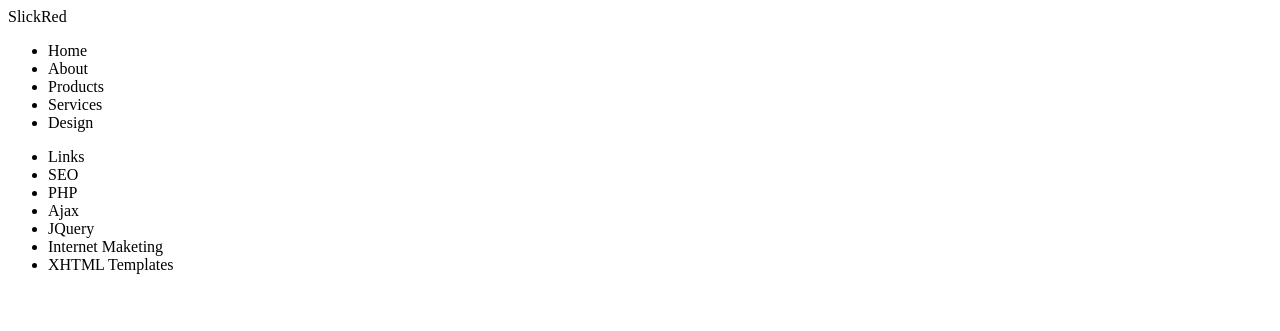
Repository: NgocTruong0701/Self_Learning
Page: html/practice/Baitapweb/Bai4.1.4.html
The author's editor kept a copy of each file at every save. The page is drawn from the files as they stood at one save, then again after the next save.
The browser window is 1280 px wide. The pictures show the whole page.

Above is the page before, as saved 2021-10-05 23:28:35.

### html/practice/Baitapweb/Bai4.1.4.html
<!DOCTYPE html>
<html>
<head>
    <meta charset="UTF-8">
    <meta name="author" content="Lê Ngọc Trường">
    <title>Bài 4 Phiếu 1 Bài 1</title>
    <link rel="stylesheet" type="text/css" href="./Bai4.1.4.css">
</head>
<body>
    <div id="container">
        <header>
            <div class="banner"><span class="first">Slick</span>Red</div>
            <div class="content-menu">
                <ul class="menu">
                    <li>Home</li>
                    <li>About</li>
                    <li>Products</li>
                    <li>Services</li>
                    <li>Design</li>
                </ul>
            </div>
        </header>

        <div class="body">
            <div class="slidebar-left">
                <ul class="slidebar">
                    <li>Links</li>
                    <li>SEO</li>
                    <li>PHP</li>
                    <li>Ajax</li>
                    <li>JQuery</li>
                    <li>Internet Maketing</li>
                    <li>XHTML Templates</li>
                </ul>
            </div>


        </div>
    </div>
</body>
</html>

Loaded but not shown: html/practice/Baitapweb/Bai4.1.4.css (no stored copy; drawn as an empty file)

After the next save:
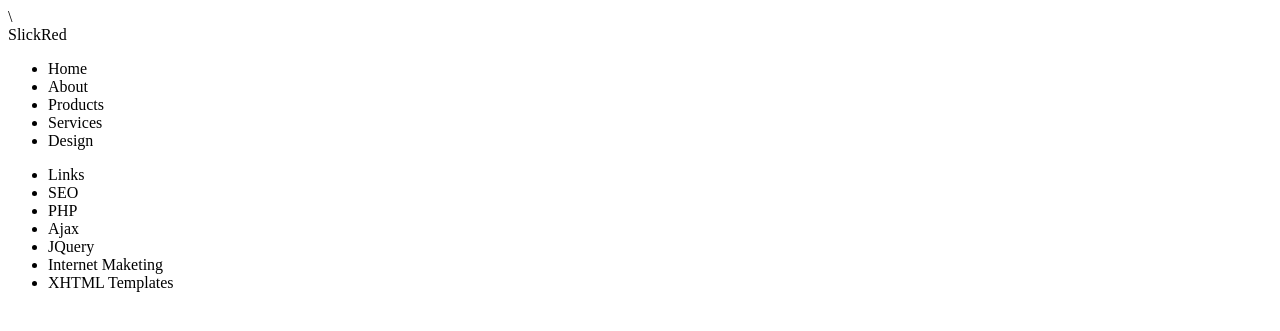
Saved 8 s later.
--- a/html/practice/Baitapweb/Bai4.1.4.html
+++ b/html/practice/Baitapweb/Bai4.1.4.html
@@ -7,7 +7,7 @@
     <link rel="stylesheet" type="text/css" href="./Bai4.1.4.css">
 </head>
 <body>
-    <div id="container">
+    <div id="container">\
         <header>
             <div class="banner"><span class="first">Slick</span>Red</div>
             <div class="content-menu">

After the 2 saves that followed:
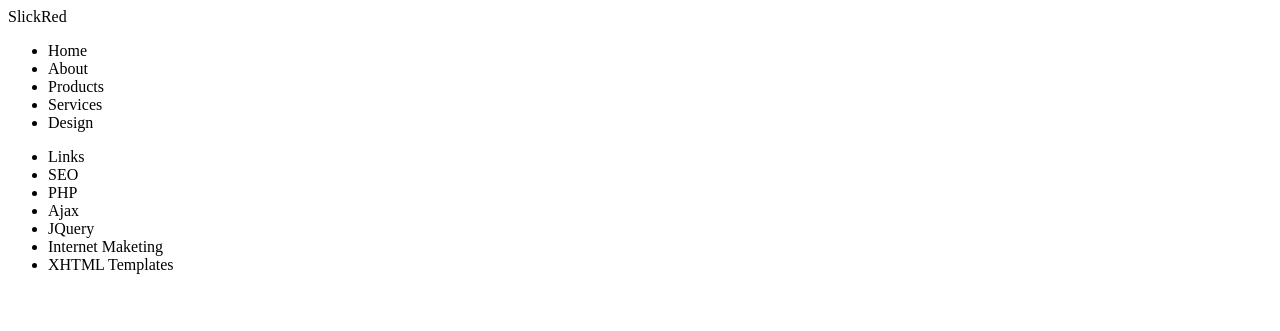
The 2 saves are shown as one change because they came seconds apart.
The last was saved 7 s later.
--- a/html/practice/Baitapweb/Bai4.1.4.html
+++ b/html/practice/Baitapweb/Bai4.1.4.html
@@ -7,7 +7,8 @@
     <link rel="stylesheet" type="text/css" href="./Bai4.1.4.css">
 </head>
 <body>
-    <div id="container">\
+    <div id="container">
+        <!-- Header -->
         <header>
             <div class="banner"><span class="first">Slick</span>Red</div>
             <div class="content-menu">
